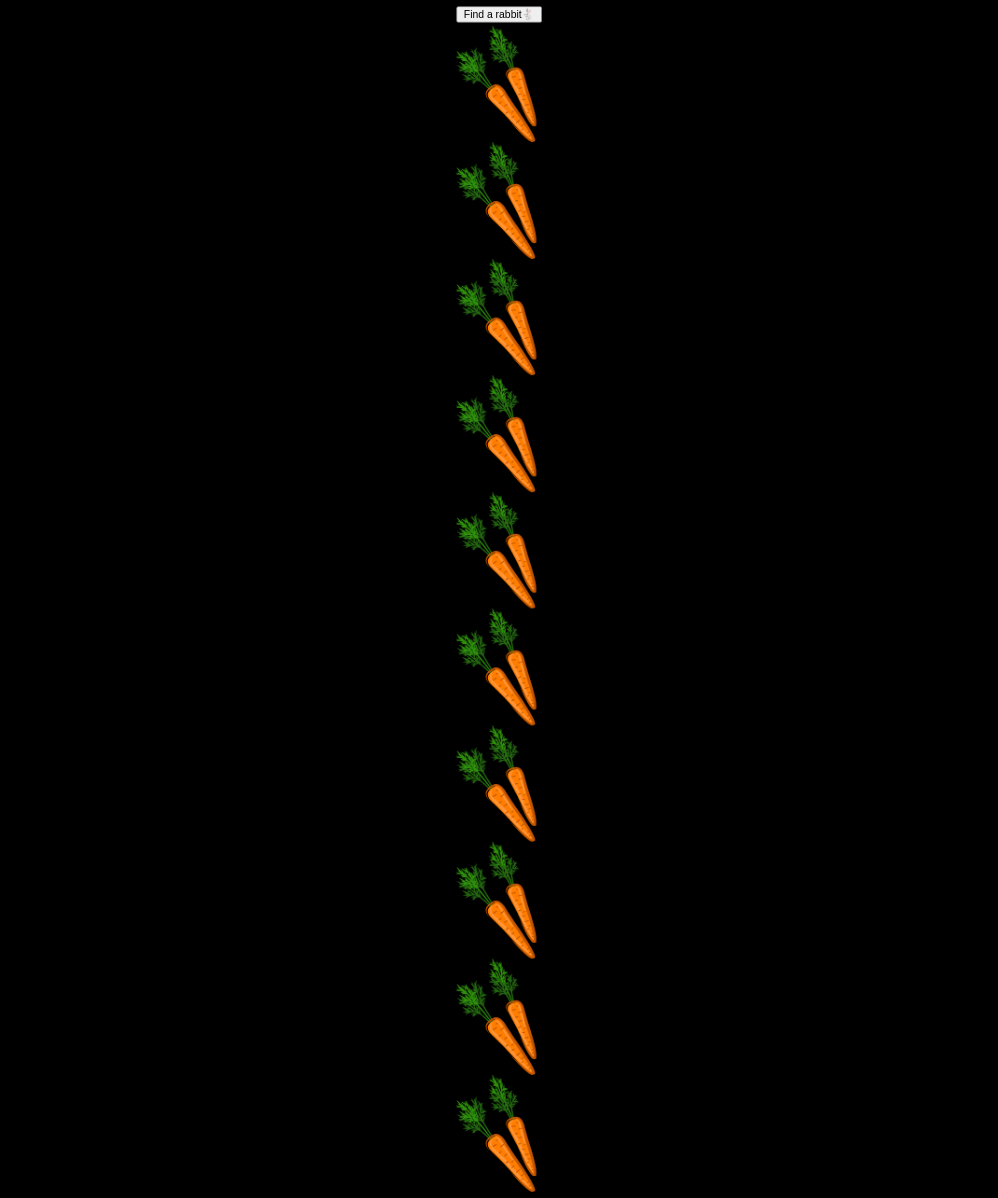
Repository: dhchun1203/browser-practice-works-
Page: rabbits/index.html
These files come from the project's save history. The page is drawn as it stood at one moment and after the next save; the edit follows.
The browser window is 1280 px wide. The pictures show the whole page, at 78% of full size.

Above is the page before, as saved 2021-01-04 12:09:47.

After the next save:
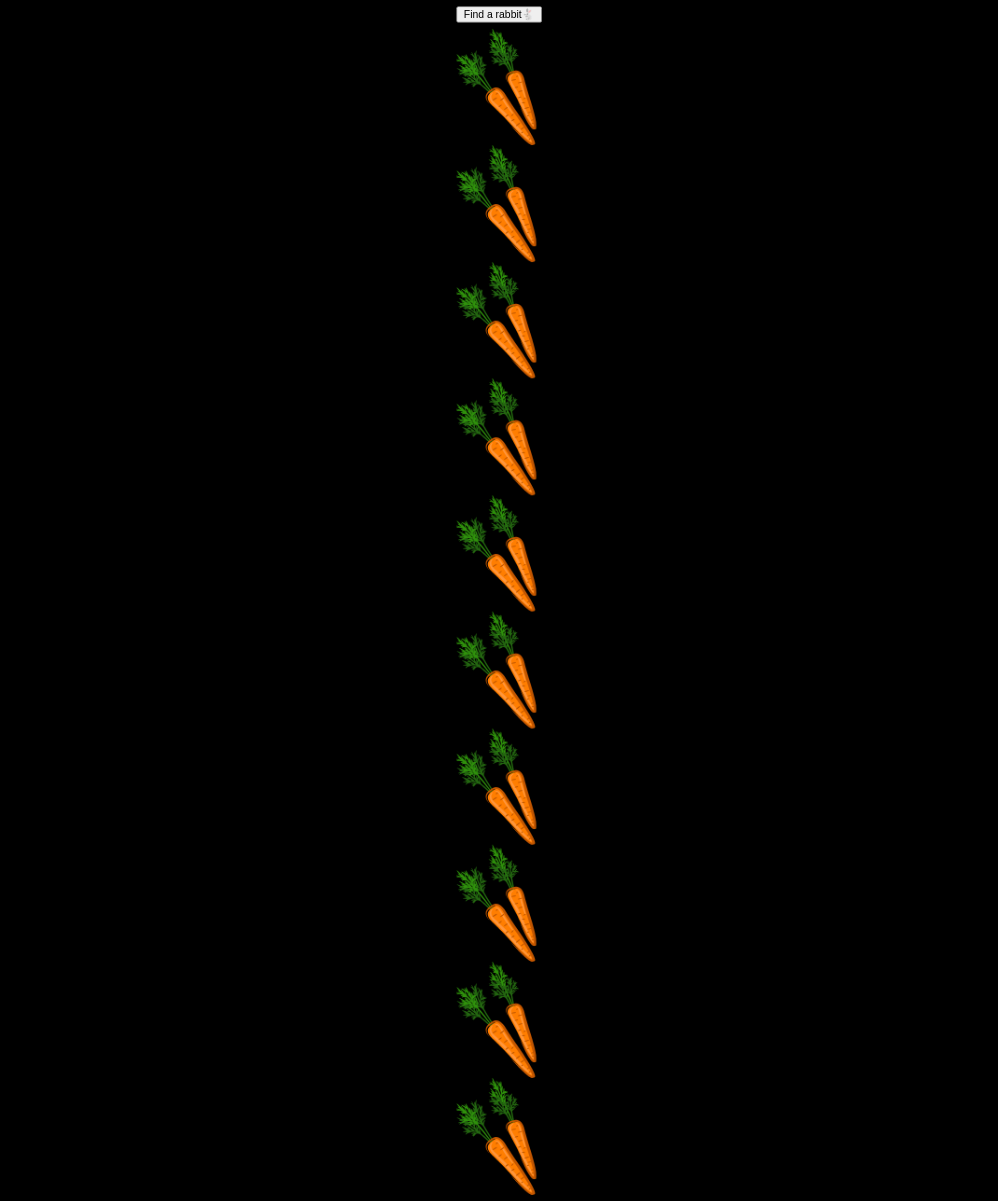
Saved 4 s later.
--- a/rabbits/index.html
+++ b/rabbits/index.html
@@ -13,7 +13,7 @@
 			}
 			button {
 				width: 110px;
-				margin-bottom: 4px;
+				margin-bottom: 8px;
 			}
 			img {
 				width: 110px;
